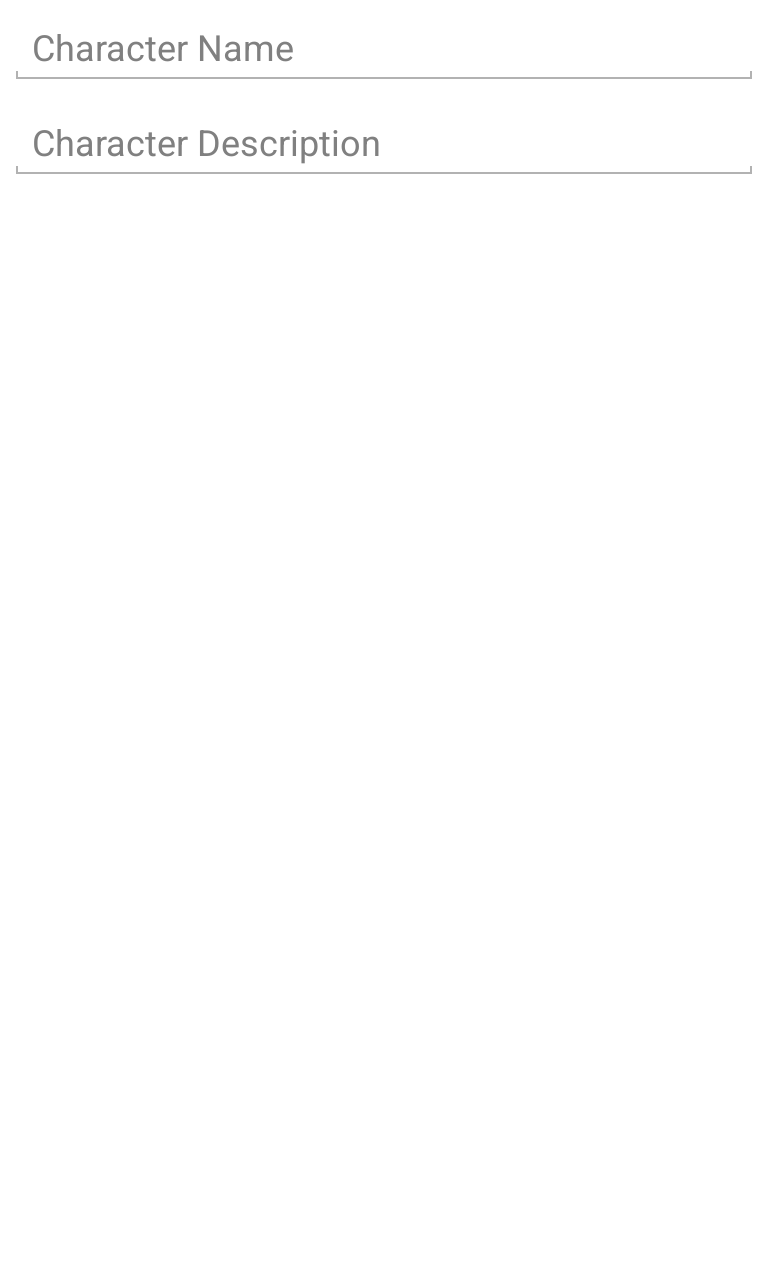
Repository: gik0geck0/AlterEgo
Layout: Code/AlterEgo/res/layout/new_notes_dialog.xml
The author's editor kept a copy of each file at every save. The layout is drawn from the files as they stood at one save, then again after the next save.
It is drawn on a 768 x 1280 px phone screen (xhdpi) without system bars, with theme AppTheme; the app's code is not run.

Above is the layout before, as saved 2013-10-04 04:04:43.

After the next save:
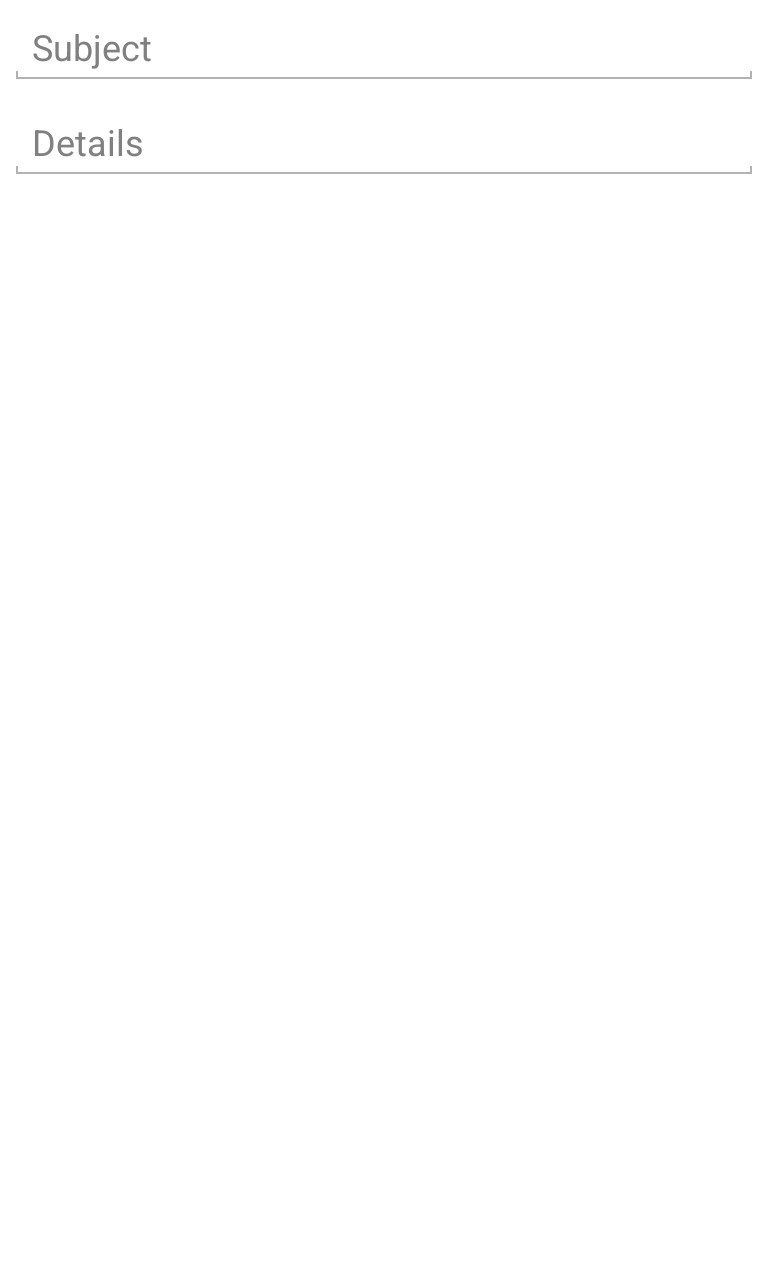
Saved 72 s later.
--- a/Code/AlterEgo/res/layout/new_notes_dialog.xml
+++ b/Code/AlterEgo/res/layout/new_notes_dialog.xml
@@ -8,7 +8,7 @@
     <EditText
         android:id="@+id/char_name"
         android:inputType="text"
-        android:hint="Character Name"
+        android:hint="Subject"
         android:layout_margin="4dp"
         android:layout_width="match_parent"
         android:layout_height="wrap_content" />
@@ -16,7 +16,7 @@
     <EditText
         android:id="@+id/char_desc"
         android:inputType="text"
-        android:hint="Character Description"
+        android:hint="Details"
         android:minLines="5"
         android:maxLines="7"
         android:layout_margin="4dp"
